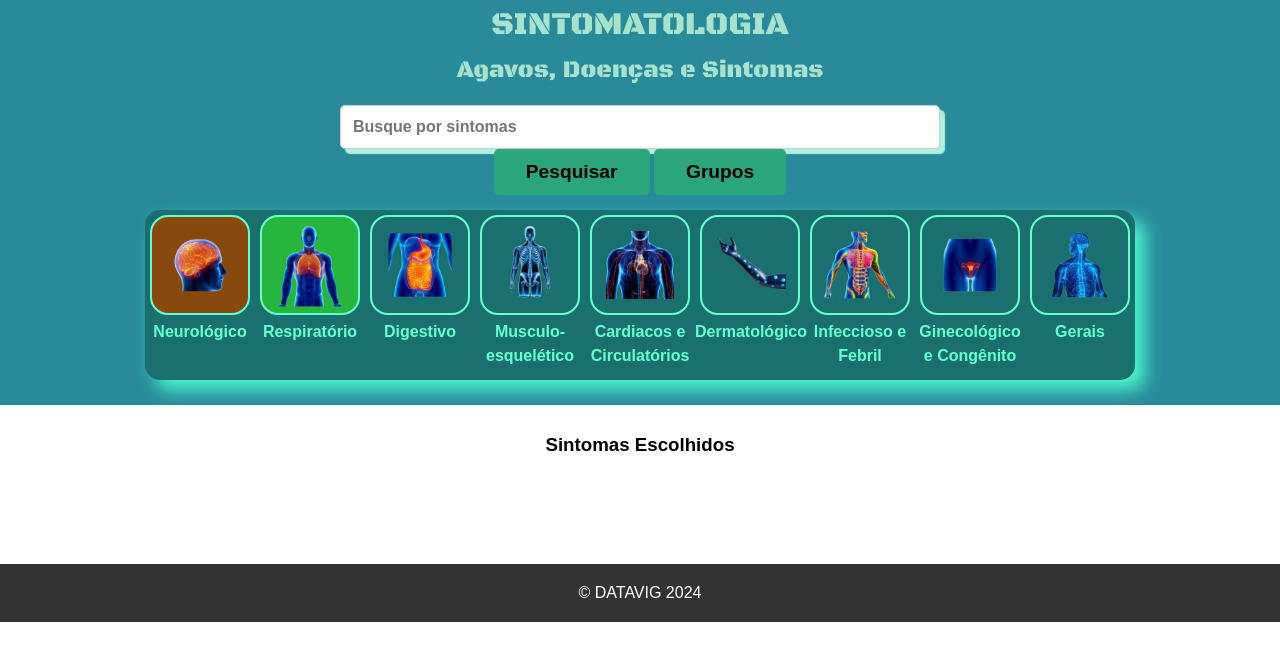
Repository: br-on/vigia
Page: index.html
The author's editor kept a copy of each file at every save. The page is drawn from the files as they stood at one save, then again after the next save.
The browser window is 1280 px wide. The pictures show the whole page.
Some web fonts or font styles are not loaded; a fallback is used.

Above is the page before, as saved 2024-09-19 16:15:58.

After the next save:
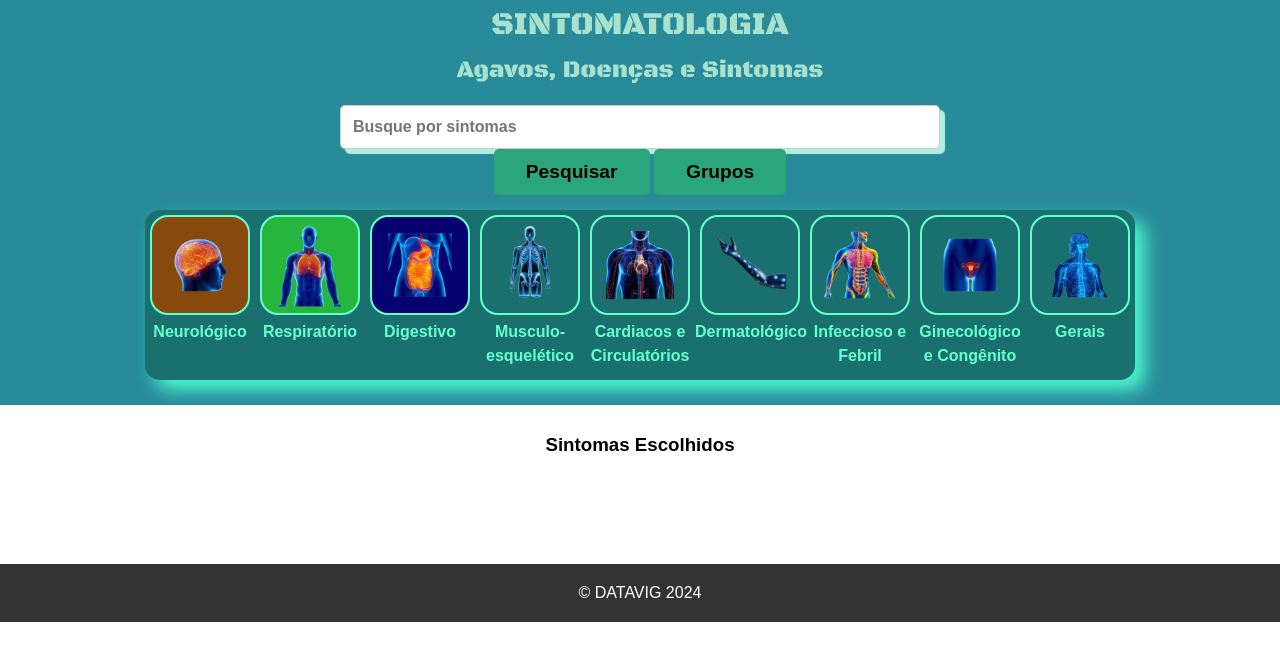
Saved 14 s later.
--- a/index.html
+++ b/index.html
@@ -23,7 +23,7 @@
       <div class="base-div">
       <div id="neurologicos" class="grupo "><div class="grupo-sintoma bg-neurologicos"><img src="/assets/img/grupos/neurologico.png" alt=""></div><div class="nome-grupo electrolize-regular">Neurológico</div></div>
       <div id="respiratorios" class="grupo"><div class="grupo-sintoma bg-respiratorios"><img src="assets/img/grupos/respiratorio.png" alt=""></div><div class="nome-grupo electrolize-regular">Respiratório</div></div>
-      <div id="digestivos" class="grupo"><div class="grupo-sintoma"><img src="assets/img/grupos/digestivo.png" alt=""></div><div class="nome-grupo electrolize-regular">Digestivo</div></div>
+      <div id="digestivos" class="grupo"><div class="grupo-sintoma bg-digestivos"><img src="assets/img/grupos/digestivo.png" alt=""></div><div class="nome-grupo electrolize-regular">Digestivo</div></div>
       <div id="musculoesqueleticos" class="grupo"><div class="grupo-sintoma"><img src="assets/img/grupos/musculoesqueletico.png" alt=""></div><div class="nome-grupo electrolize-regular">Musculo- esquelético</div></div>
       <div id="cardiacos-circulatorios" class="grupo"><div class="grupo-sintoma"><img src="assets/img/grupos/cardiaco.png" alt=""></div><div class="nome-grupo electrolize-regular">Cardiacos e Circulatórios</div></div>
       <div id="dermatologicos" class="grupo"><div class="grupo-sintoma"><img src="assets/img/grupos/dermatologico.png" alt=""></div><div class="nome-grupo electrolize-regular">Dermatológico</div></div>
